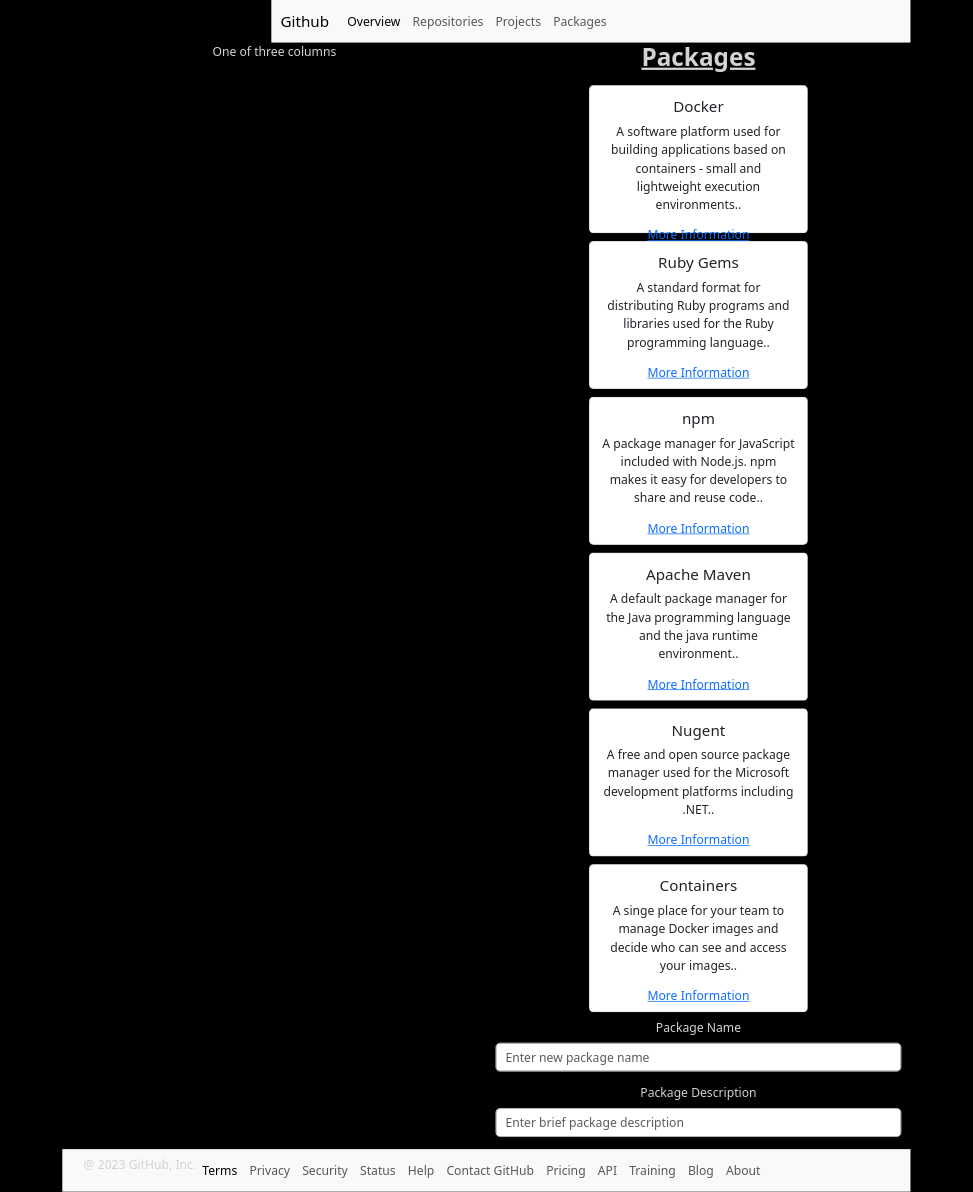
Repository: nss-evening-cohort-E23/gitsub-pull-request-posse
Page: packages.html
The author's editor kept a copy of each file at every save. The page is drawn from the files as they stood at one save, then again after the next save.
The browser window is 1280 px wide. The pictures show the whole page, at 76% of full size.

Above is the page before, as saved 2023-05-09 17:37:41.

After the next save:
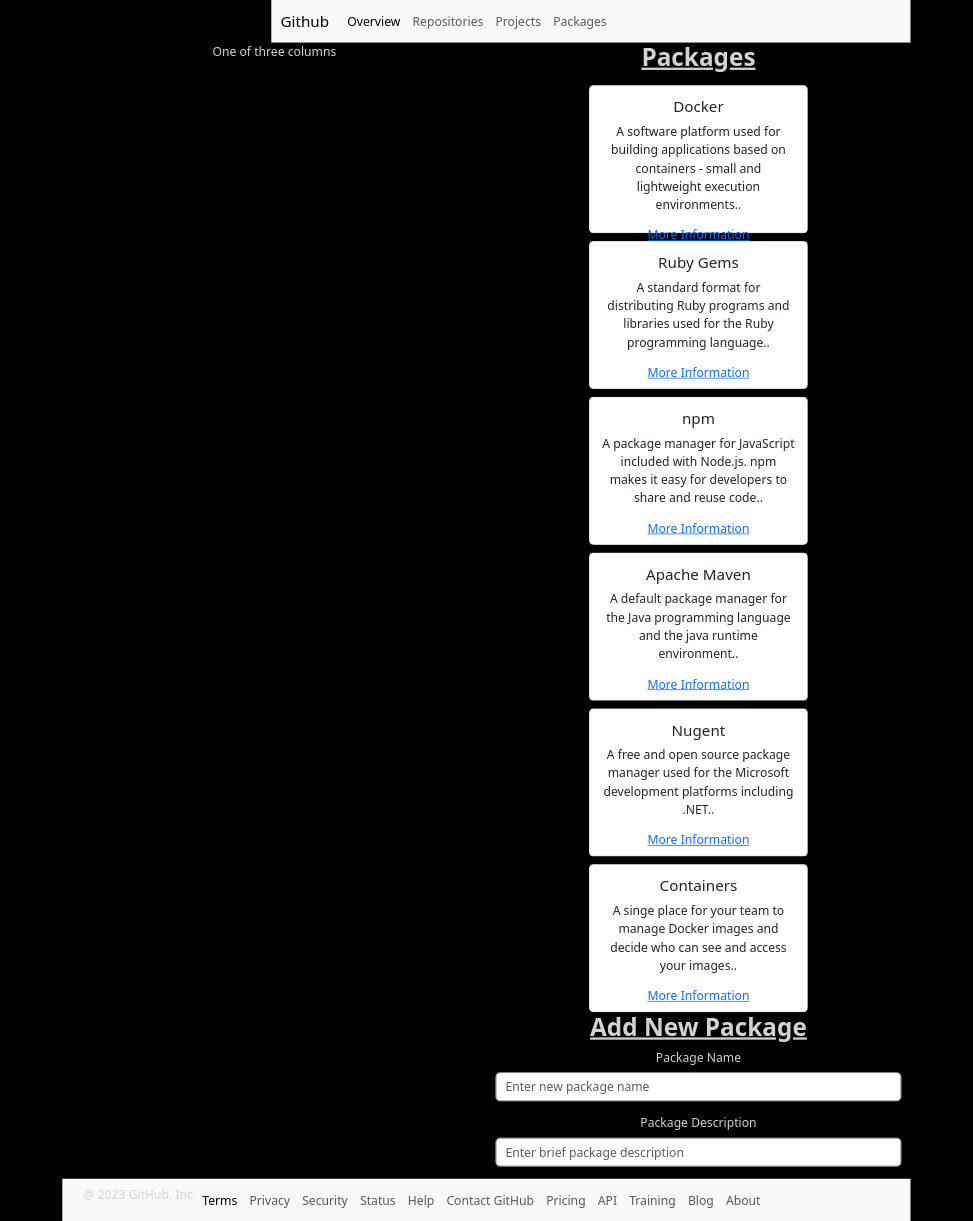
Saved 4 s later.
--- a/packages.html
+++ b/packages.html
@@ -39,7 +39,7 @@
       <h2><b><u>Packages</u></b></h2>
       <div id="packages"></div>
       <div id="newPackage"><div class="mb-3">
-        <h2><b><u></u></b></h2>
+        <h2><b><u>Add New Package</u></b></h2>
         <label for="formGroupExampleInput" class="form-label">Package Name</label>
         <input type="text" class="form-control" id="formGroupExampleInput" placeholder="Enter new package name">
       </div>
